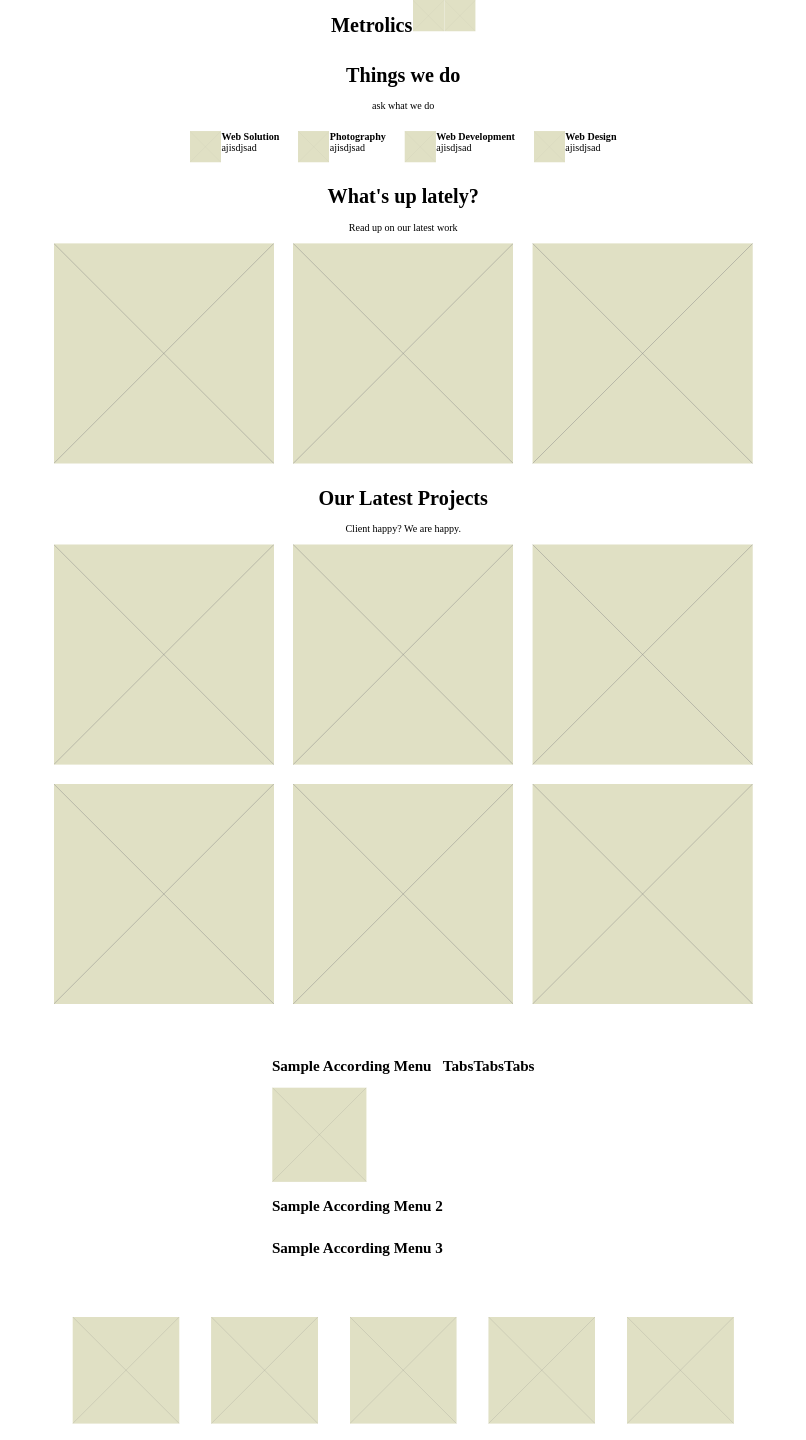
Repository: ReallyNguyen/responsive-web
Page: index.html
An editor plug-in stored every save of this project. The page is shown before and after the next save, followed by the edit.
The browser window is 1280 px wide. The pictures show the whole page, at 63% of full size.

Above is the page before, as saved 2023-01-25 21:25:53.

After the next save:
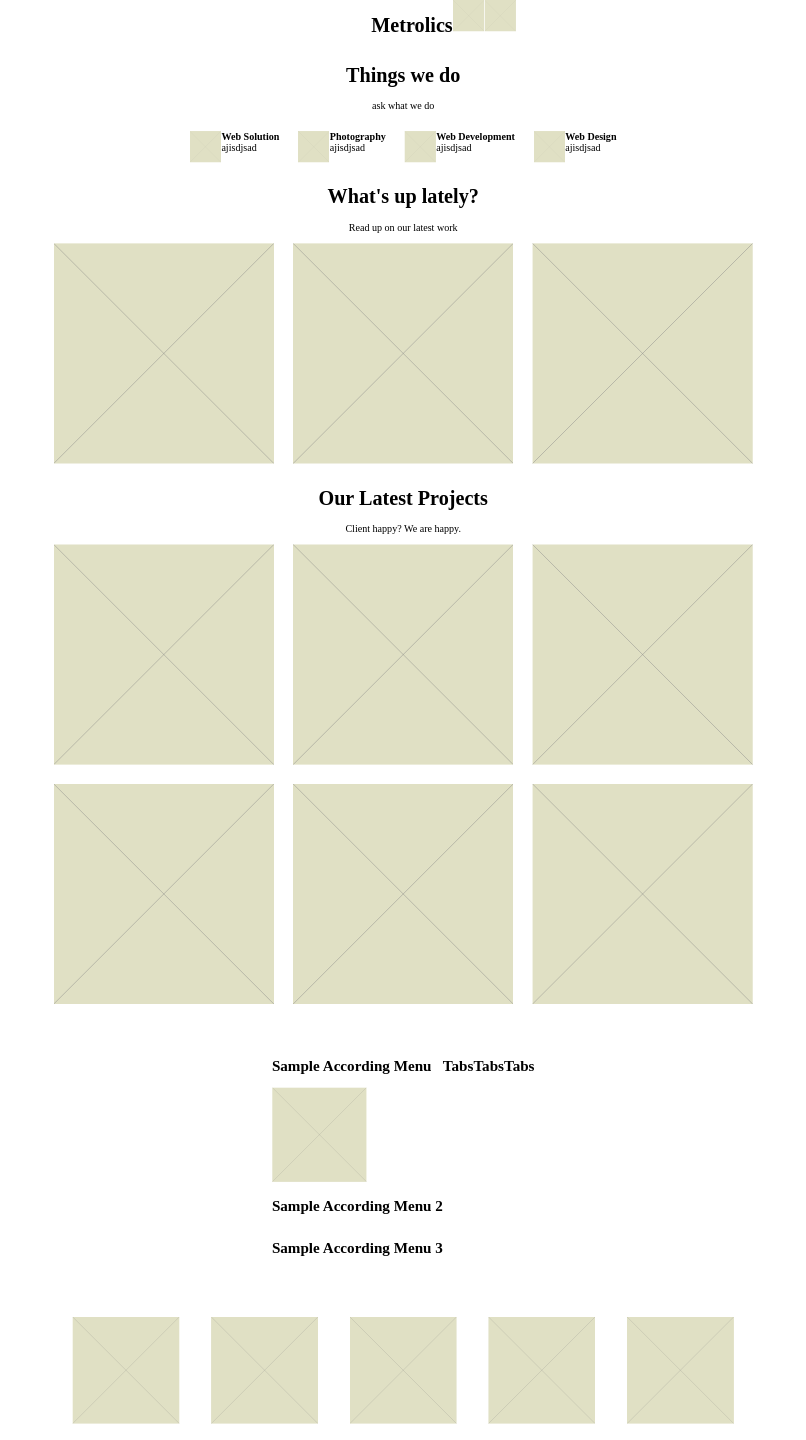
Saved 11 s later.
--- a/css/main.css
+++ b/css/main.css
@@ -4,6 +4,9 @@
   justify-content: center;
 }
 
+.company-name {
+  margin-left: 10%;
+}
 
 
 
